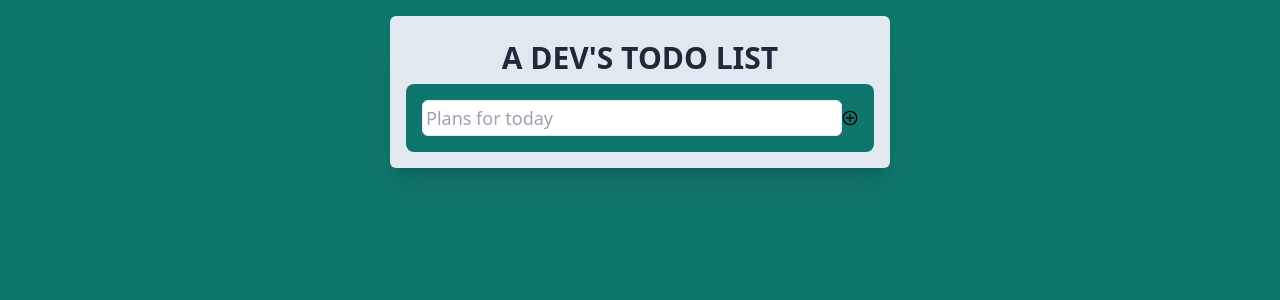
Repository: DevAntonioRogers/React-Todo-CRUD-App
Page: /
An editor plug-in stored every save of this project. The page is shown before and after the next save, followed by the edit.
The browser window is 1280 px wide. The pictures show the whole page.
The project was rebuilt for these pictures with package versions that can differ from the ones it lists, and the page was loaded fresh each time. Also part of the build but not shown: vite.config.ts.

Above is the page before, as saved 2023-05-14 01:32:27.

### src/App.tsx
import Form from "./components/Form";

const App = () => {
  return (
    <div className="h-screen w-screen p-4 bg-teal-700">
      <div className="bg-slate-200 max-w-[500px] w-full m-auto rounded-md shadow-xl p-4">
        <h1 className="text-3xl font-bold text-center text-gray-800 p-2">A DEV'S TODO LIST</h1>
        <Form />
      </div>
    </div>
  );
};

export default App;

### src/components/Form.tsx
import { GrAddCircle } from "react-icons/gr";

const Form = () => {
  return (
    <form className="flex justify-between bg-teal-700 p-4 rounded-lg">
      <input className="border w-full text-lg rounded-md p-[3px]" type="text" placeholder="Plans for today" />
      <button>
        <GrAddCircle width={30} />
      </button>
    </form>
  );
};

export default Form;

Loaded but not shown: index.html (common file); src/main.tsx (common file); src/index.css (common file); tailwind.config.js (common file)

After the next save:
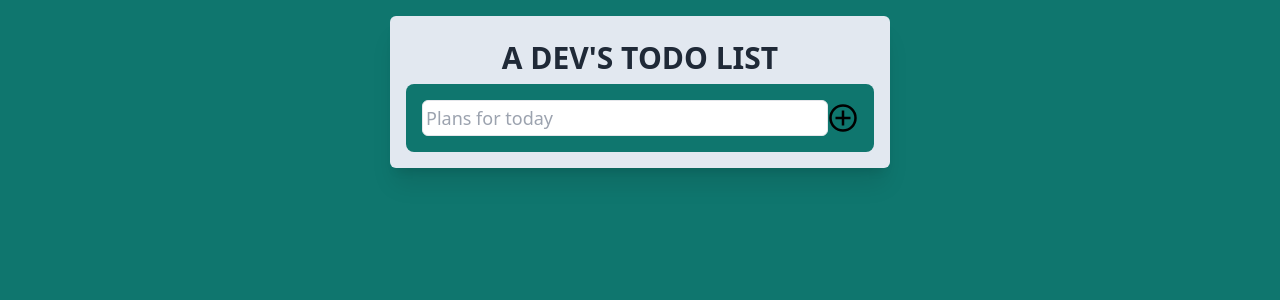
Saved 13 s later.
--- a/src/components/Form.tsx
+++ b/src/components/Form.tsx
@@ -5,7 +5,7 @@ const Form = () => {
     <form className="flex justify-between bg-teal-700 p-4 rounded-lg">
       <input className="border w-full text-lg rounded-md p-[3px]" type="text" placeholder="Plans for today" />
       <button>
-        <GrAddCircle width={30} />
+        <GrAddCircle size={30} />
       </button>
     </form>
   );
